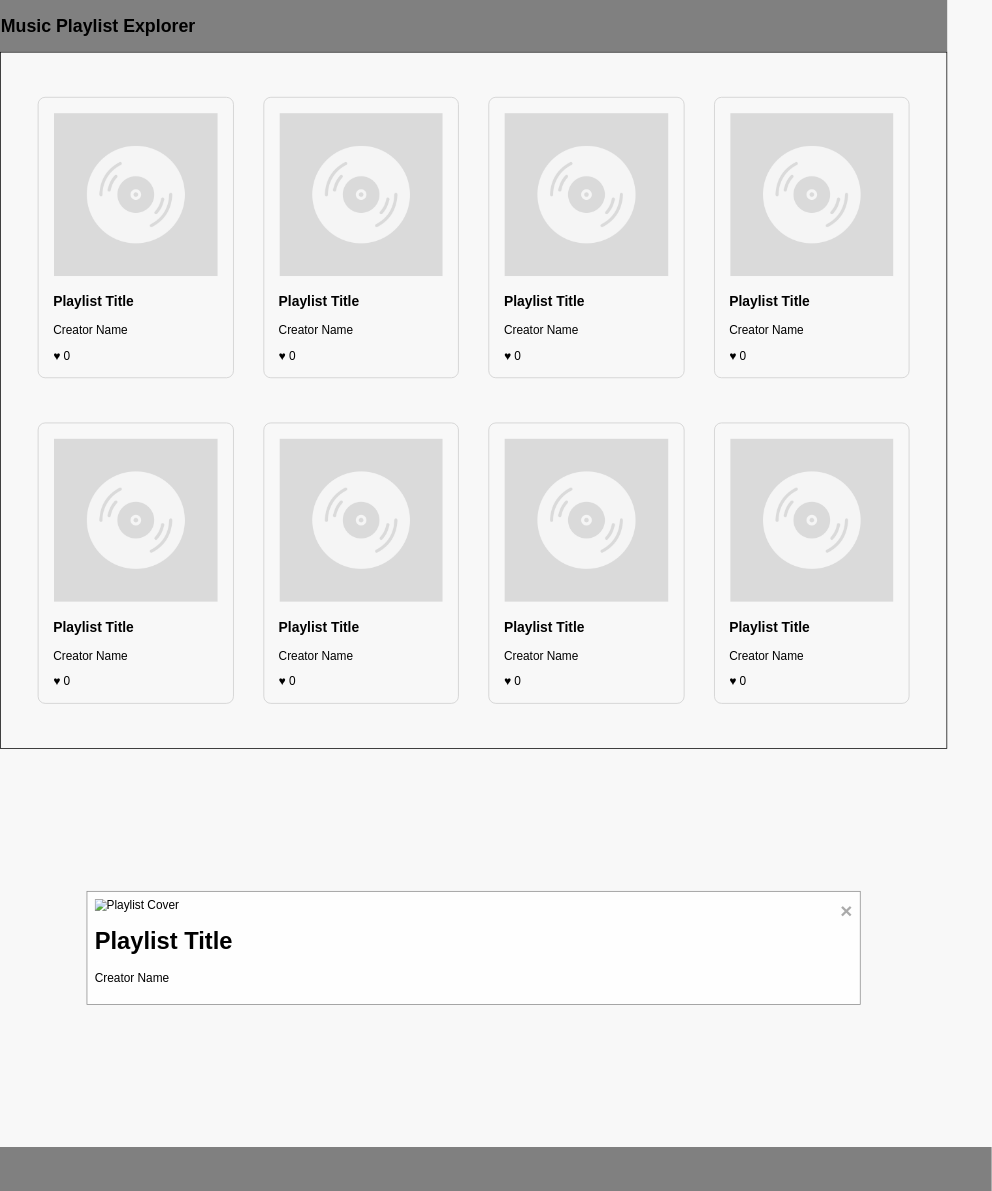
Repository: valentinaarojas/music-player-explorer
Page: index.html
These files come from the project's save history. The page is drawn as it stood at one moment and after a run of saves; the edit follows.
The browser window is 1280 px wide. The page is 1340 px wide, so the pictures cover 1340 px, including what lies to the right of the window. The pictures show the whole page, at 74% of full size.

Above is the page before, as saved 2025-02-19 18:23:55.

After the next 2 saves:
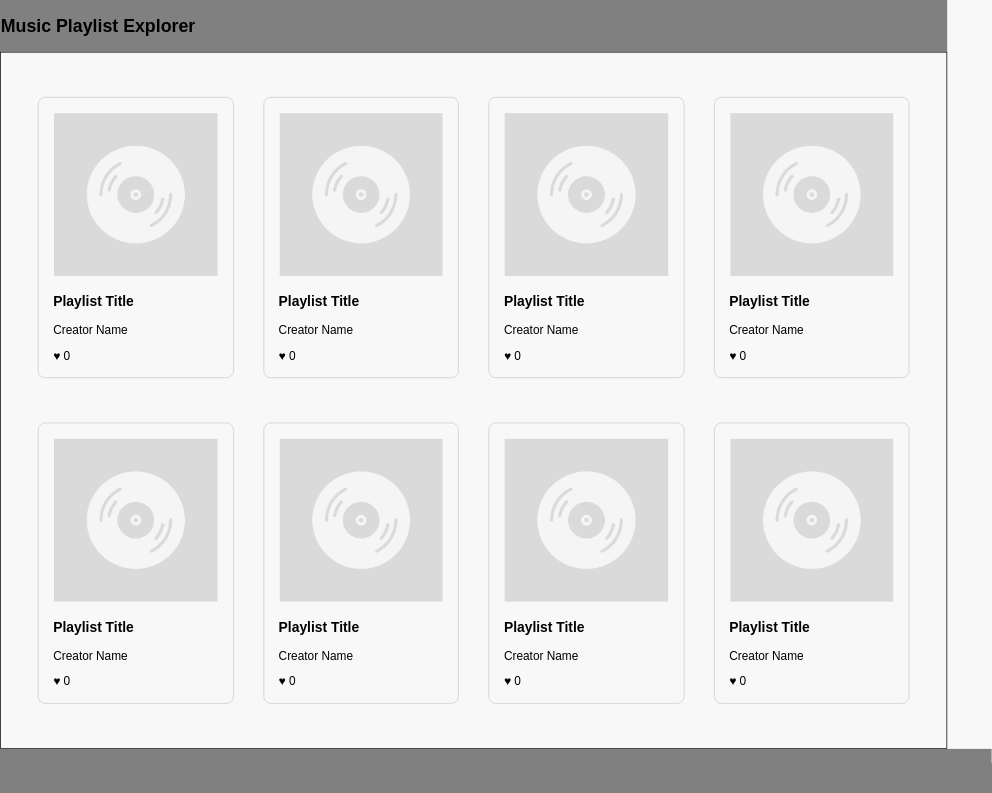
The 2 saves are shown as one change because they came seconds apart.
The last was saved 5 min 13 s later.
--- a/style.css
+++ b/style.css
@@ -31,7 +31,7 @@ body {
     padding: 1px;
 }
 
-.modal {
+.modal-overlay {
     display: none; /* Hidden by default */
     position: fixed; /* Stay in place */
     z-index: 1; /* Sit on top */
